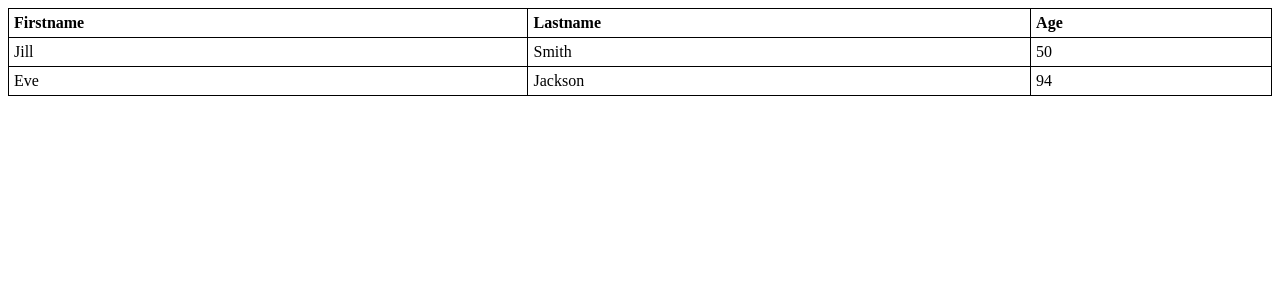
Repository: vishnu-pc/My-Website
Page: frontend/WebContent/main2.html
An editor plug-in stored every save of this project. The page is shown before and after the next save, followed by the edit.
The browser window is 1280 px wide. The pictures show the whole page.

Above is the page before, as saved 2019-12-25 08:02:07.

After the next save:
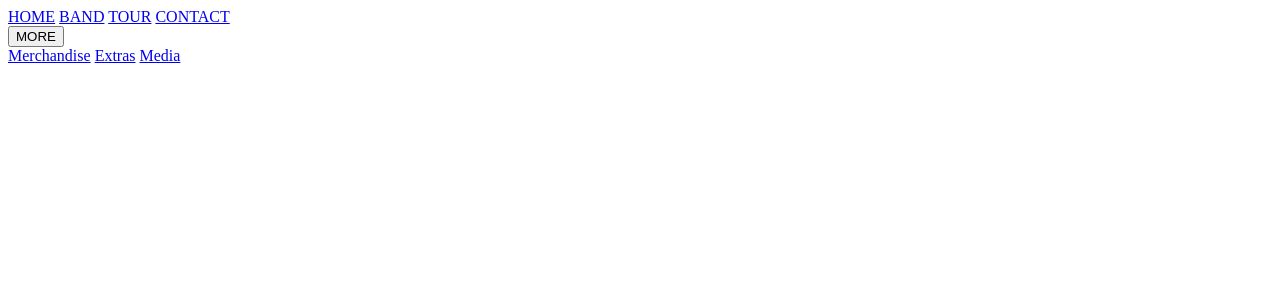
Saved 20 min 0 s later.
--- a/frontend/WebContent/main2.html
+++ b/frontend/WebContent/main2.html
@@ -18,24 +18,21 @@ th {
 </head>
 <body>
 
-<table style="width:100%">
-  <tr>
-    <th>Firstname</th>
-    <th>Lastname</th>
-    <th>Age</th>
-  </tr>
-  <tr>
-    <td>Jill</td>
-    <td>Smith</td>
-    <td>50</td>
-  </tr>
-  <tr>
-    <td>Eve</td>
-    <td>Jackson</td>
-    <td>94</td>
-  </tr>
-</table>
-
+<div class="w3-top">
+  <div class="w3-bar w3-black w3-card">
+    <a class="w3-bar-item w3-button w3-padding-large w3-hide-medium w3-hide-large w3-right" href="javascript:void(0)" onclick="myFunction()" title="Toggle Navigation Menu"><i class="fa fa-bars"></i></a>
+    <a href="#" class="w3-bar-item w3-button w3-padding-large">HOME</a>
+    <a href="#band" class="w3-bar-item w3-button w3-padding-large w3-hide-small">BAND</a>
+    <a href="#tour" class="w3-bar-item w3-button w3-padding-large w3-hide-small">TOUR</a>
+    <a href="#contact" class="w3-bar-item w3-button w3-padding-large w3-hide-small">CONTACT</a>
+    <div class="w3-dropdown-hover w3-hide-small">
+      <button class="w3-padding-large w3-button" title="More">MORE <i class="fa fa-caret-down"></i></button>
+      <div class="w3-dropdown-content w3-bar-block w3-card-4">
+        <a href="#" class="w3-bar-item w3-button">Merchandise</a>
+        <a href="#" class="w3-bar-item w3-button">Extras</a>
+        <a href="#" class="w3-bar-item w3-button">Media</a>
+      </div>
+    </div>
 
 </body>
 </html>
